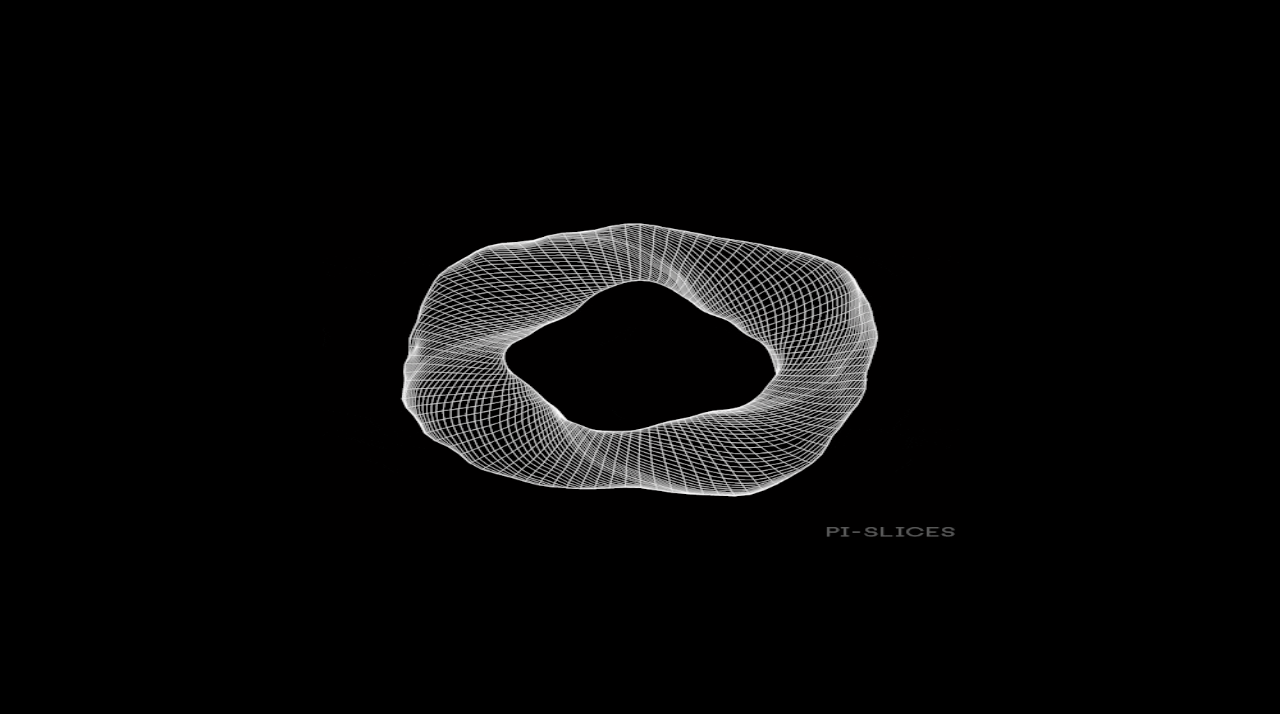
Repository: Csiddharth7906/MovieAppUpdatedVersion
Page: / (app in MVXC-MovieWebApplication/)
An editor plug-in stored every save of this project. The page is shown before and after a run of saves, followed by the edit.
The browser window is 1280 px wide. The pictures show the whole page.
The page's requests for data from a server got no answer. Some web libraries are served in a nearby version. The project was rebuilt for these pictures with package versions that can differ from the ones it lists, and the page was loaded fresh each time. No one was signed in, and anything a server would have sent is missing. Also part of the build but not shown: MVXC-MovieWebApplication/vite.config.js, MVXC-MovieWebApplication/src/templates/Sidenav.jsx, MVXC-MovieWebApplication/src/templates/Topnav.jsx, MVXC-MovieWebApplication/src/templates/Header.jsx, MVXC-MovieWebApplication/src/templates/DropDown.jsx, MVXC-MovieWebApplication/src/templates/HorizontalCards.jsx.

Above is the page before, as saved 2025-06-18 10:52:54.

### MVXC-MovieWebApplication/index.html
<!doctype html>
<html lang="en">
  <head>
    <meta charset="UTF-8" />
    <link rel="icon" type="image/svg+xml" href="/tv-fill.svg" />
    <meta name="viewport" content="width=device-width, initial-scale=1.0" />
    <title>MVXC | Movie App</title>
    <link
      href="https://cdn.jsdelivr.net/npm/remixicon@4.5.0/fonts/remixicon.css"
      rel="stylesheet"
    />
  </head>
  <body>
    <div id="root"></div>
    <script type="module" src="/src/main.jsx"></script>
  </body>
</html>

### MVXC-MovieWebApplication/src/main.jsx
import { StrictMode } from "react";
import { createRoot } from "react-dom/client";
import "./index.css";
import App from "./App.jsx";
import { BrowserRouter } from "react-router-dom";

createRoot(document.getElementById("root")).render(
  <BrowserRouter>
    <App />
  </BrowserRouter>,
);

### MVXC-MovieWebApplication/src/index.css
@import "tailwindcss";

/* primary - #1F1E24
secondry - #D2042D */

::-webkit-scrollbar {
  width: 7px;
  height: 7px;
}
::-webkit-scrollbar-thumb {
  background-color: #161618;
  border-radius: 40px;
}
::-webkit-scrollbar-thumb {
  background-color: #161618;
  border-radius: 40px;
}

::-webkit-scrollbar-thumb:hover {
  background-color: #6556cd;
  border-radius: 40px;
}

select{
  -webkit-appearance: none;
  -moz-appearance: none;
  -ms-appearance:none;
  appearance: none;
  outline: 0;
  box-shadow: none;
  border: 0;
  background: #27272a;
  background-image: none;
  flex: 1;
  padding: 0 0.5em;
  color: #fff;
  cursor: pointer;
  font-size: 1em;
  font-family: "Open Sans",sans-serif;
  min-width: 0;
}
select::-ms-expand{
  display: none;
}
.select{
  position: relative;
  display: flex;
  width: 20em;
  max-width: 100%;
  height: 3em;
  line-height: 3;
  background: #27272a;
  overflow: hidden;
  border-radius: 0.25e;
}
.select::after{
  content: "\25BC";
  position: absolute;
  top: 0;
  right: 0;
  padding: 0 1em;
  background: #27272a;
  cursor: pointer;
  pointer-events: none;
  transition: 0.25s all ease;
}
.select:hover::after{
  background: #6556cd;
}

### MVXC-MovieWebApplication/src/App.jsx
import { Route, Routes } from "react-router-dom";
import Home from "./components/Home";

const App = () => {
  return (
    <div className="bg-[#1F1E24] flex w-screen h-screen">
      <Routes>
        <Route path="/" element={<Home />}></Route>
      </Routes>
    </div>
  );
};

export default App;

### MVXC-MovieWebApplication/src/components/Home.jsx
import React, { useEffect, useState } from "react";
import Sidenav from "../templates/Sidenav";
import axios from "../utils/axios";
import Topnav from "../templates/Topnav";
import Header from "../templates/Header";
import HorizontalCards from "../templates/HorizontalCards";
import DropDown from "../templates/DropDown";
import Loading from "./Loading";


const Home = () => {
  document.title = "MVXC | HomePage";
  const [wallpaper, setwallpaper] = useState(null);
  const [trending, settrending] = useState(null);
  const [category, setcategory] = useState("all")
  const GetHeaderWallpaper =async()=>{
    try {
      const {data}= await axios.get(`/trending/all/day`);
      let randomedata = data.results[(Math.random()*data.results.length).toFixed()];
      setwallpaper(randomedata);
    } catch (error) {
      console.log("Errror :",error)
    }
   };
    const GetTrending =async()=>{
    try {
      const {data}= await axios.get(`/trending/${category}/day`);
      settrending(data.results)
    } catch (error) {
      console.log("Errror :",error)
    }
   };

       useEffect (()=>{


         GetTrending();
          !wallpaper && GetHeaderWallpaper();

     },[category])



  return wallpaper && trending ?(
    <>
      <Sidenav />
      <div className="w-[80%] h-full overflow-auto overflow-x-hidden">
        <Topnav />
        <Header data={wallpaper}/>
         <div className=' flex justify-between p-5'>
        <h1 className='text-3xl  font-semibold text-zinc-400'>Trending</h1>
        <DropDown title="Filter" options={["tv","movie","all"]} func={(e)=>setcategory(e.target.value)} />
        </div>

        <HorizontalCards data={trending} />
      </div>
    </>
  ):<Loading/>
};

export default Home;

### MVXC-MovieWebApplication/src/utils/axios.jsx
import axios from "axios";

const instance = axios.create({
    baseURL:"https://api.themoviedb.org/3/",
    headers: {
    accept: 'application/json',
    Authorization: 'Bearer eyJhbGciOiJIUzI1NiJ9.eyJhdWQiOiI2YmFiZDQ4MGI0MjI1N2Y4ZWI4YjZmYjAyNmYyZGRlYSIsIm5iZiI6MTc1MDEzNzQ0OS44NDUsInN1YiI6IjY4NTBmYTY5OGUwMjhhNDFjYjA2NWMzOSIsInNjb3BlcyI6WyJhcGlfcmVhZCJdLCJ2ZXJzaW9uIjoxfQ.SGWaaRsbBLhCYn1WiiL70oCwKAwxRG52mWei7BZzsAk'
    }
})

export default instance;

### MVXC-MovieWebApplication/src/components/Loading.jsx
import loader  from '/loader.gif'

const Loading = () => {
  return (
    <div className='w-screen h-screen flex justify-center items-center bg-black '>
        <img  className='w-[50%] h-[50%] ' src={loader} alt="" />
    </div>
  )
}

export default Loading

After the next 3 saves:
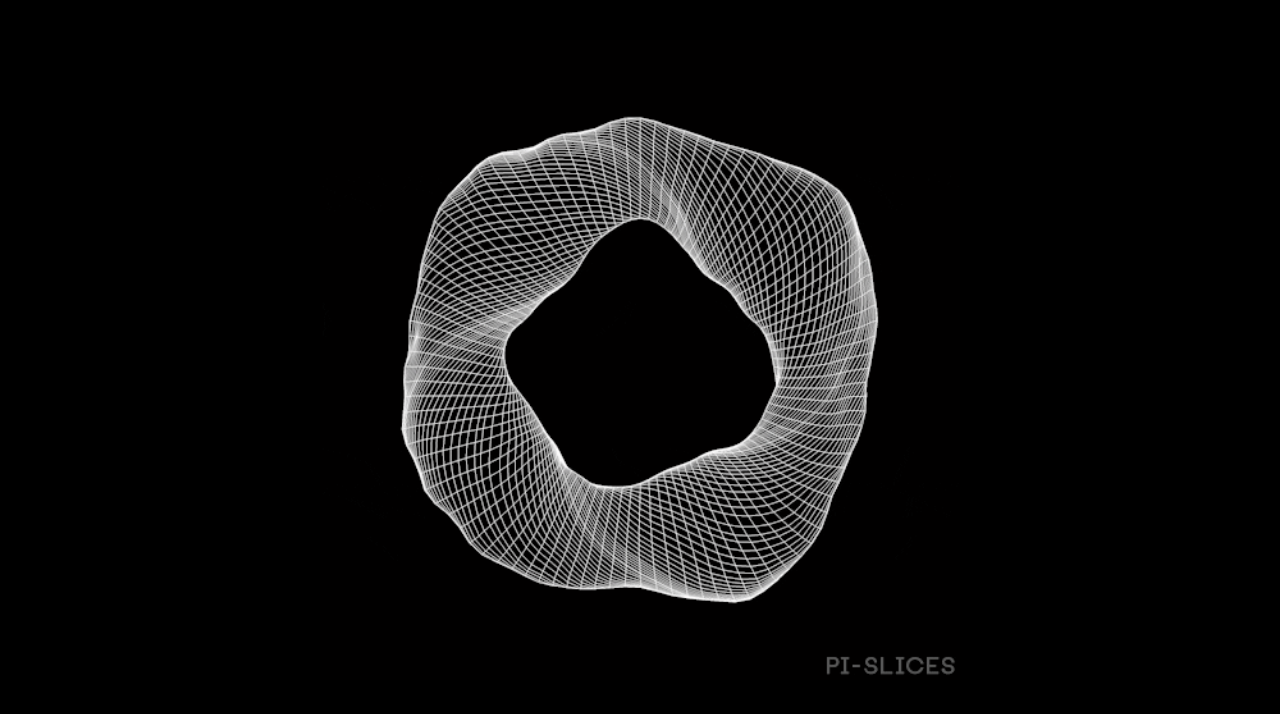
The 3 saves are shown as one change because they came seconds apart.
The last was saved 10 s later.
--- a/MVXC-MovieWebApplication/src/components/Loading.jsx
+++ b/MVXC-MovieWebApplication/src/components/Loading.jsx
@@ -3,7 +3,7 @@ import loader  from '/loader.gif'
 const Loading = () => {
   return (
     <div className='w-screen h-screen flex justify-center items-center bg-black '>
-        <img  className='w-[50%] h-[50%] ' src={loader} alt="" />
+        <img  className='w-[50%]  object-cover' src={loader} alt="" />
     </div>
   )
 }
